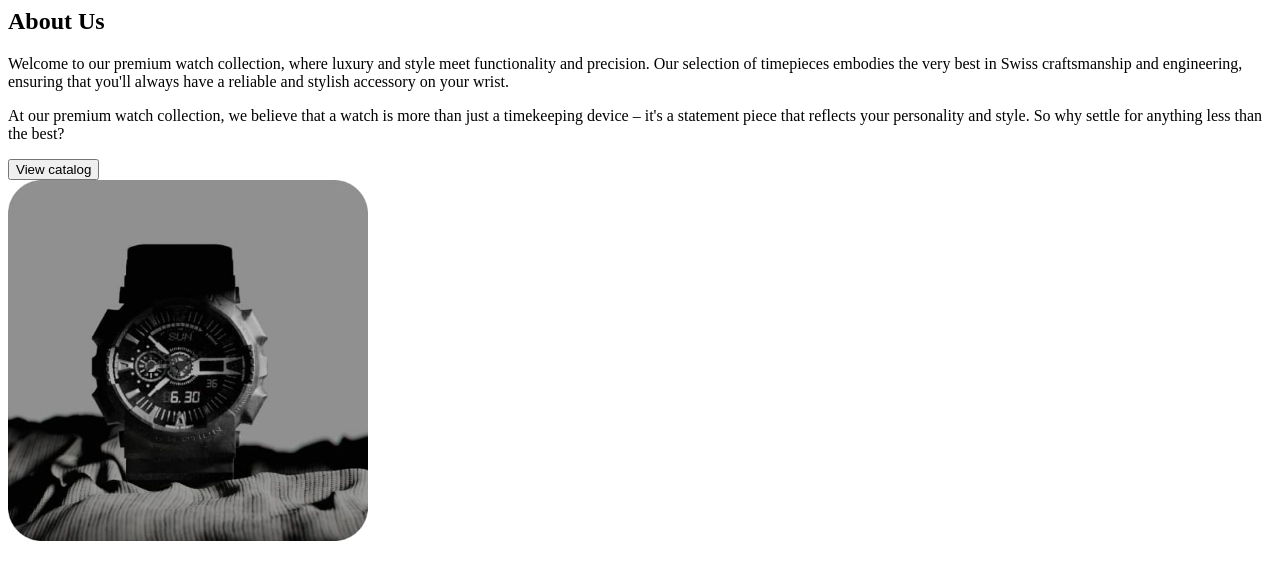
Repository: DenysOvsiienko/105-cyber-solutions-team-project
Page: src/partials/about-us.html
These files come from the project's save history. The page is drawn as it stood at one moment and after the next save; the edit follows.
The browser window is 1280 px wide. The pictures show the whole page.

Above is the page before, as saved 2024-03-21 22:08:17.

After the next save:
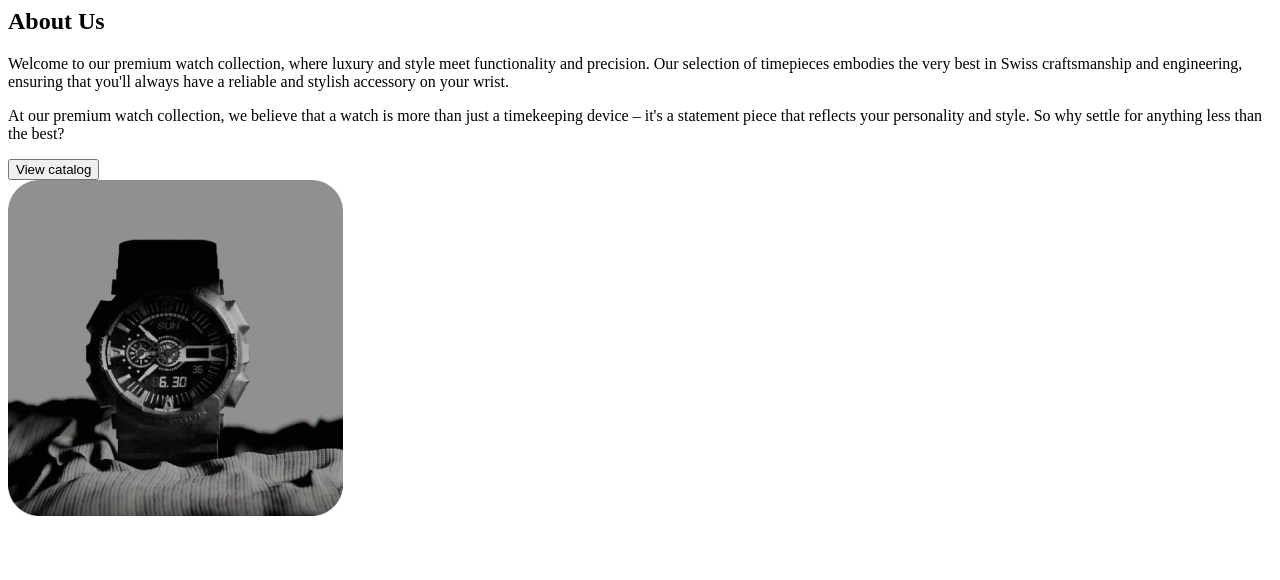
Saved 32 s later.
--- a/src/partials/about-us.html
+++ b/src/partials/about-us.html
@@ -16,7 +16,7 @@
                     srcset="./img/tablet-about-us-img.jpg 1x, ./img/tablet-about-us-img@2x.jpg 2x">
                 <source media="(min-width: 375px)"
                     srcset="./img/mobile-about-us-img.jpg 1x, ./img/mobile-about-us-img@2x.jpg 2x">
-            <img src="./img/about-us/mobile-about-us-img.jpg" alt="Banking App" width="360"/>
+            <img src="./img/about-us/mobile-about-us-img.jpg" alt="Banking App" width="335"/>
         </picture>
     </div>
 </section>
